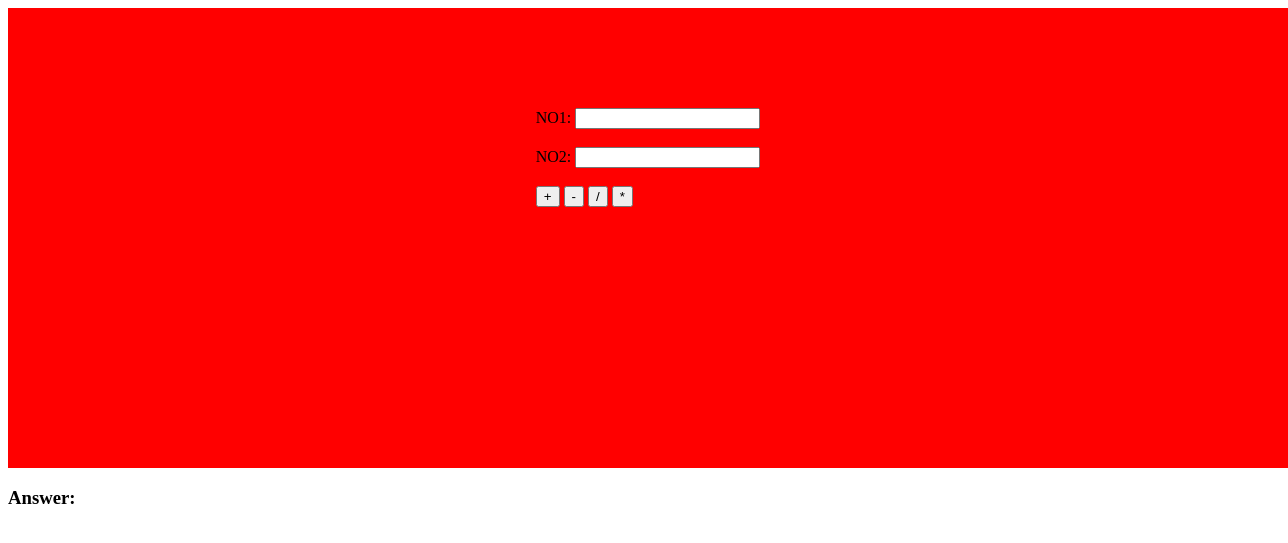
Repository: sajithmadushanka/simple-calculator-using-jsp
Page: http://localhost/simple_calculator/
The author's editor kept a copy of each file at every save. The page is drawn from the files as they stood at one save, then again after the next save.
The browser window is 1280 px wide. The page is 1288 px wide, so the pictures cover 1288 px, including what lies to the right of the window. The pictures show the whole page.
The page is served by Tomcat 9. Other server files are loaded and not shown.

Above is the page before, as saved 2023-09-19 09:23:22.

### simple_calculator/WebContent/index.jsp
<%@ page language="java" contentType="text/html; charset=ISO-8859-1"
    pageEncoding="ISO-8859-1"%>
<!DOCTYPE html>
<html>
<head>
<meta charset="ISO-8859-1">
<title>simple calculator</title>
<style>
	.main{
			background-color : red;
			width :100vw;
			height : 50vh;
			display: flex;
		    justify-content: center;
		   	padding-top:100px;
		}
	h3{
	text-aling:center;
	}
</style>
</head>
<body>
	<div class ="main">
		<form>
			NO1: <input type="number" name = "no1"> <br> <br>
			NO2: <input type="number" name = "no2"> <br> <br>
			<input type = "button" name = "+" value= "+">
			<input type = "button" name = "-" value= "-">
			<input type = "button" name = "/" value= "/">
			<input type = "button" name = "*" value= "*"><br>
		</form>

	</div>
		<h3 > Answer: </h3>
</body>
</html>

After the next save:
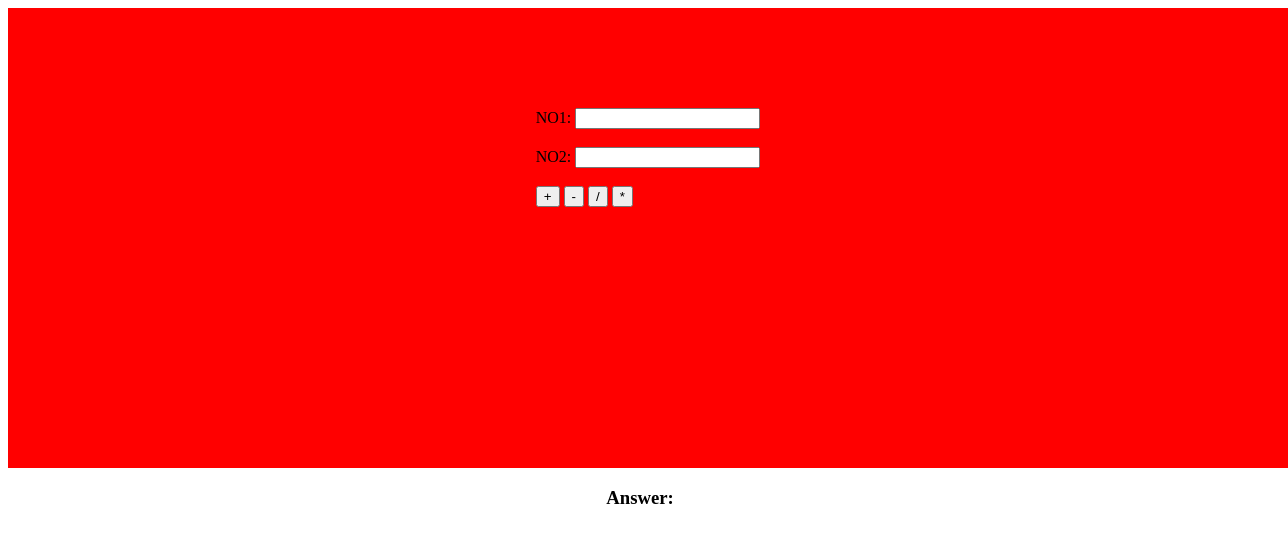
Saved 50 s later.
--- a/simple_calculator/WebContent/index.jsp
+++ b/simple_calculator/WebContent/index.jsp
@@ -15,7 +15,7 @@
 		   	padding-top:100px;
 		}
 	h3{
-	text-aling:center;
+	text-align:center;
 	}
 </style>
 </head>
